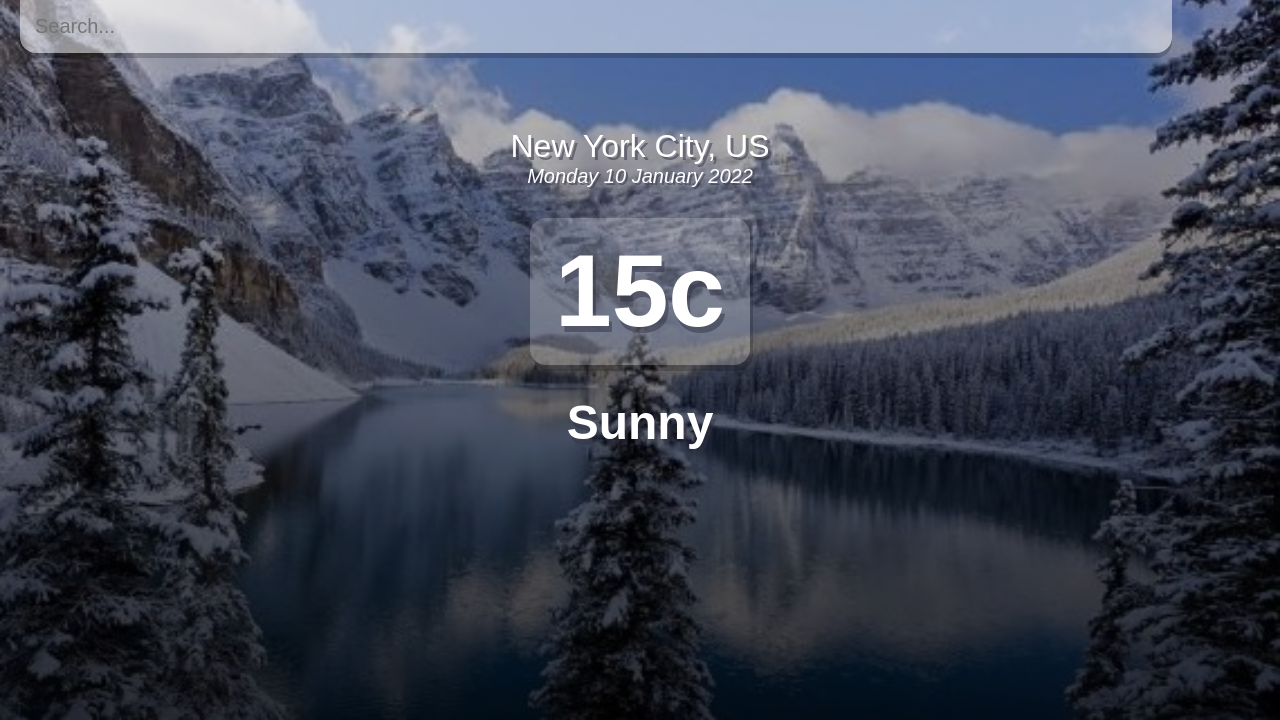
Repository: K-TT/WeatherApp
Page: /
The author's editor kept a copy of each file at every save. The page is drawn from the files as they stood at one save, then again after a run of saves.
The browser window is 1280 px wide. The pictures show the whole page.
The project was rebuilt for these pictures with package versions that can differ from the ones it lists, and the page was loaded fresh each time.

Above is the page before, as saved 2022-01-14 00:26:37.

After the next 3 saves:
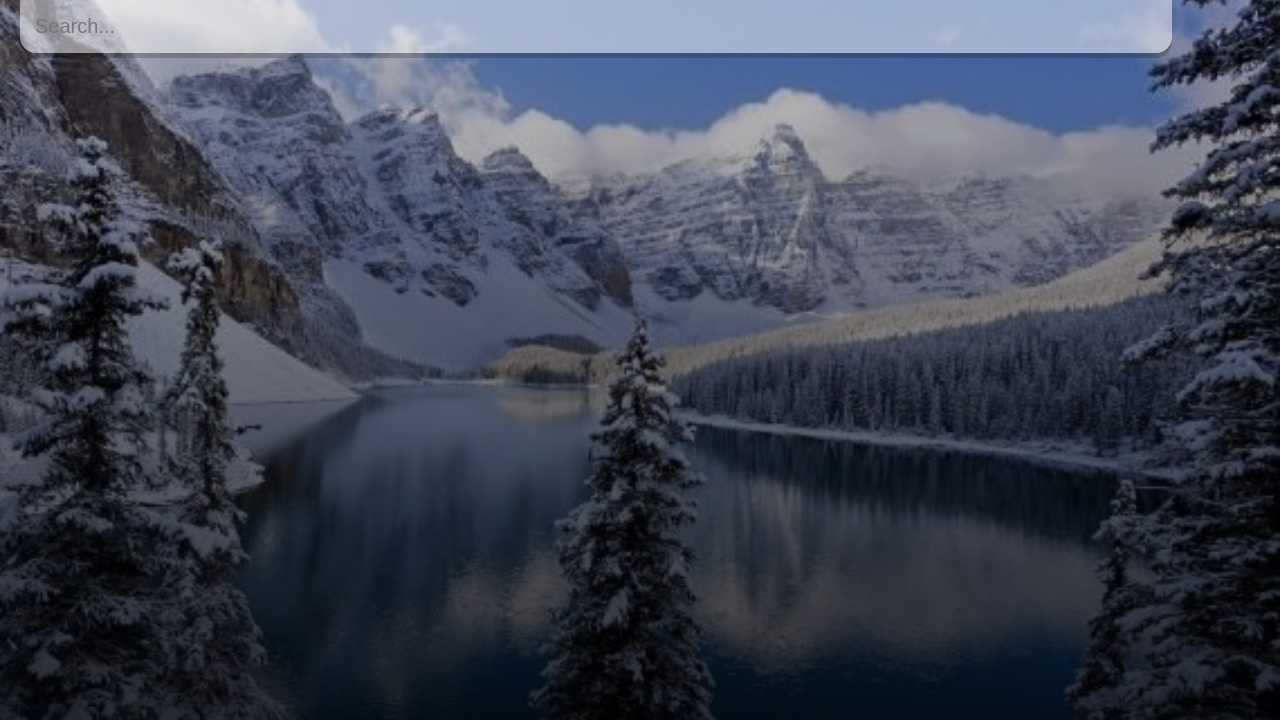
The 3 saves are shown as one change because 2 did not build or start.
The last was saved 2 min 31 s later.
--- a/src/App.js
+++ b/src/App.js
@@ -46,17 +46,21 @@ function App() {
             onKeyPress={ search}
           />
         </div>
+        {(typeof weather.main != "undefined") ? (
+          <div>
         <div className="location-box">
-          <div className="location">New York City, US</div>
+          <div className="location">{weather.name}, {weather.sys.country}</div>
           <div className="date">{ dateBuilder(new Date())}</div>
         </div>
 
         <div className="weather-box">
           <div className="temp">
-            15c
+          {Math.round(weather.main.temp)}°c
           </div>
-          <div className="weather">Sunny</div>
-        </div>
+          <div className="weather">{weather.weather[0].main}</div>
+            </div>
+            </div>
+          ) : ('')}
       </main>
     </div>
     );
